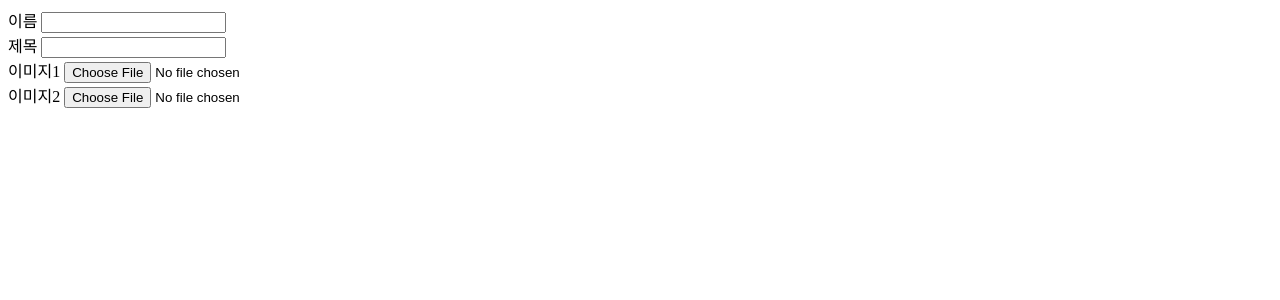
Repository: yuntaekOhO/SY_Academy_Study
Page: http://localhost/ch03-JSP/ch08-fileupload/s03_fileMultiForm.jsp
An editor plug-in stored every save of this project. The page is shown before and after the next save, followed by the edit.
The browser window is 1280 px wide. The pictures show the whole page.
The page is served by Tomcat 9. Other server files are loaded and not shown.

Above is the page before, as saved 2022-06-28 07:31:05.

### workspace_jsp/ch03-JSP/src/main/webapp/ch08-fileupload/s03_fileMultiForm.jsp
<%@ page language="java" contentType="text/html; charset=UTF-8"
    pageEncoding="UTF-8"%>
<!DOCTYPE html>
<html>
<head>
<meta charset="UTF-8">
<title>파일 다중 업로드</title>
</head>
<body>
<form action="s04_fileMultiUpload.jsp" method="post" enctype="multipart/form-data">
	이름 <input type="text" name="name"><br>
	제목 <input type="text" name="title"><br>
	이미지1 <input type="file" name="uploadFile1" accept="image/gif,image/png,image/jpeg"><br>
	이미지2 <input type="file" name="uploadFIle2" accept="image/gif,image/png,image/jpeg">
</form>
</body>
</html>

After the next save:
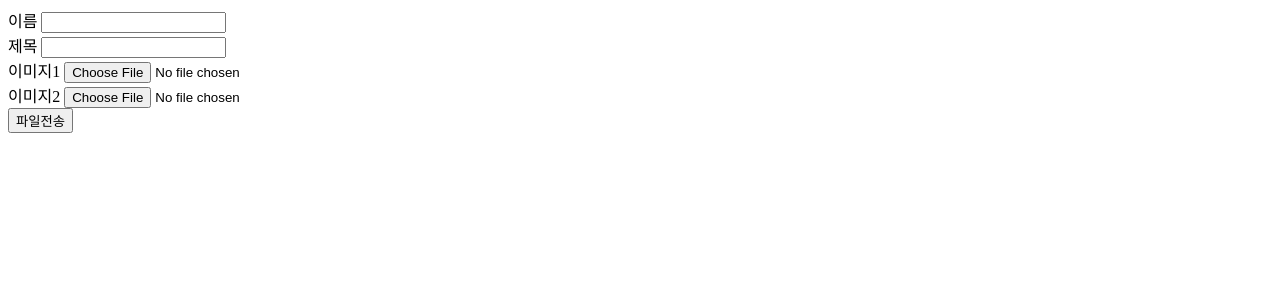
Saved 72 s later.
--- a/workspace_jsp/ch03-JSP/src/main/webapp/ch08-fileupload/s03_fileMultiForm.jsp
+++ b/workspace_jsp/ch03-JSP/src/main/webapp/ch08-fileupload/s03_fileMultiForm.jsp
@@ -11,7 +11,8 @@
 	이름 <input type="text" name="name"><br>
 	제목 <input type="text" name="title"><br>
 	이미지1 <input type="file" name="uploadFile1" accept="image/gif,image/png,image/jpeg"><br>
-	이미지2 <input type="file" name="uploadFIle2" accept="image/gif,image/png,image/jpeg">
+	이미지2 <input type="file" name="uploadFIle2" accept="image/gif,image/png,image/jpeg"><br>
+	<input type="submit" value="파일전송">
 </form>
 </body>
 </html>
